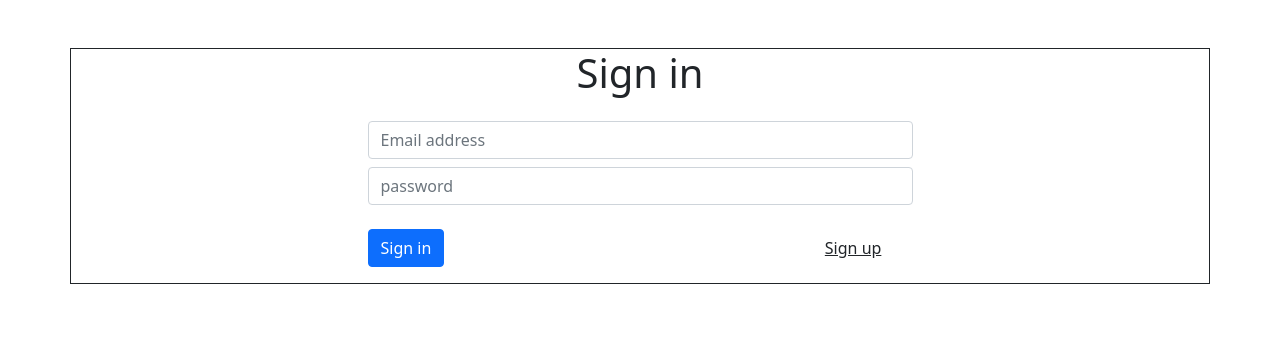
Repository: paresh-art/MyWebsite
Page: http://localhost/com.website/signIn.jsp
The author's editor kept a copy of each file at every save. The page is drawn from the files as they stood at one save, then again after the next save.
The browser window is 1280 px wide. The pictures show the whole page.
The page is served by Tomcat 9.

Above is the page before, as saved 2022-11-08 08:55:05.

After the next save:
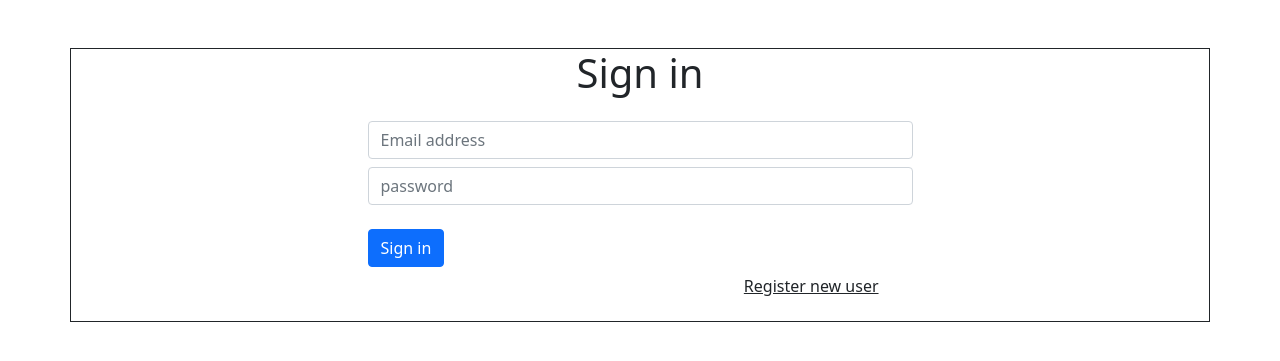
Saved 80 s later.
--- a/com.website/src/main/webapp/signIn.jsp
+++ b/com.website/src/main/webapp/signIn.jsp
@@ -37,8 +37,7 @@
 			<div class="row mb-3">
 				<div class="col-lg-6 col-md-8 col-sm-12 mx-auto text-light">
 					<button class="btn btn-primary " type="submit">Sign in</button>
-					<a href="signup.jsp" class="btn btn-link offset-8 text-dark">Sign
-						up</a>
+					<a href="signup.jsp" class="btn btn-link offset-8 text-dark">Register new user</a>
 				</div>
 
 			</div>
